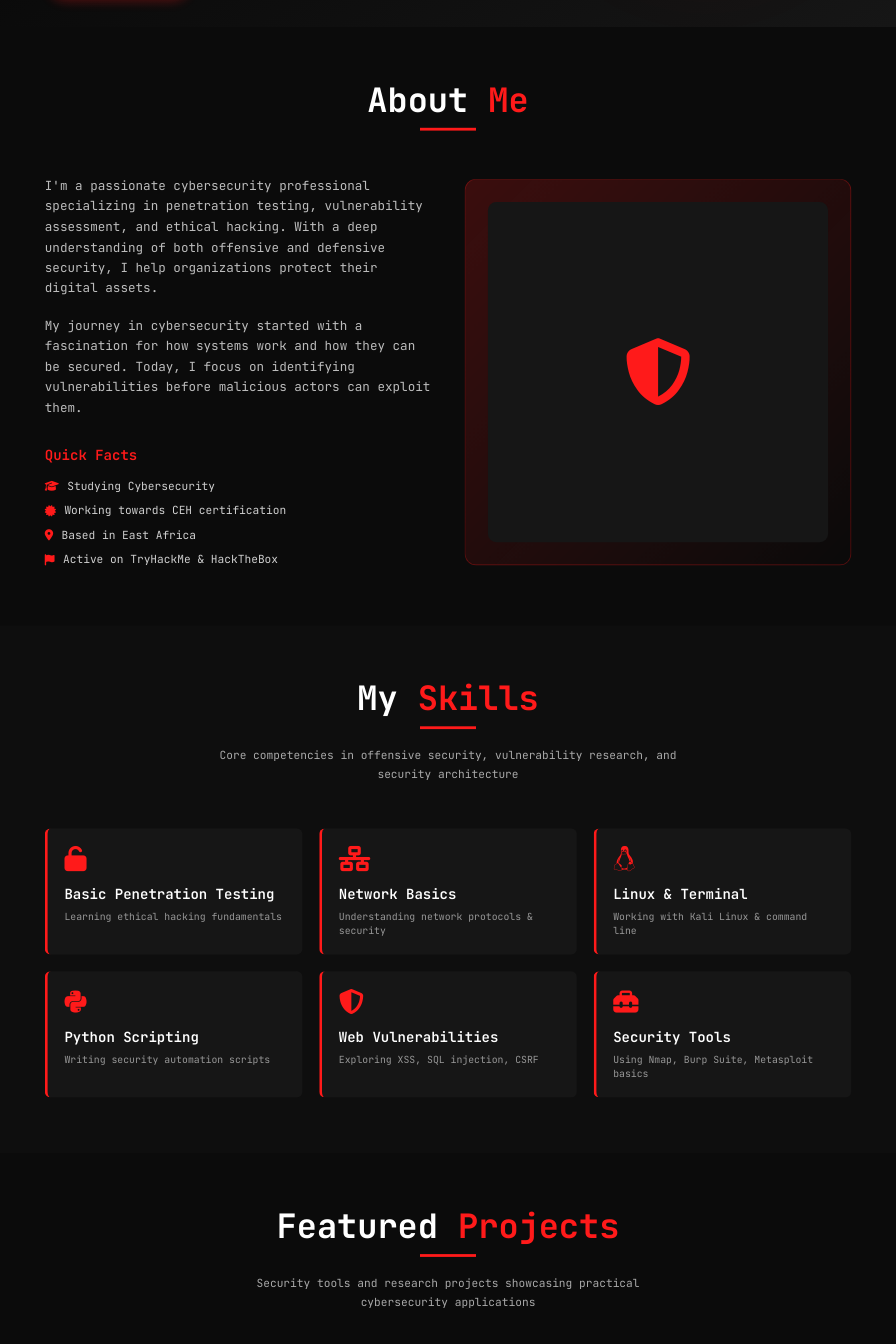
Repository: Eyub-Abdi/portfolio
Page: /
These files come from the project's save history. The page is drawn as it stood at one moment and after the next save; the edit follows.
The browser window is 1280 px wide. The pictures show the part of the page from y = 682 to 2602 px (the page is 5032 px tall before and 5021 px after), at 70% of full size.
The project was rebuilt for these pictures with package versions that can differ from the ones it lists, and the page was loaded fresh each time. Also part of the build but not shown: vite.config.ts.

Above is the page before, as saved 2025-12-02 11:43:48.

After the next save:
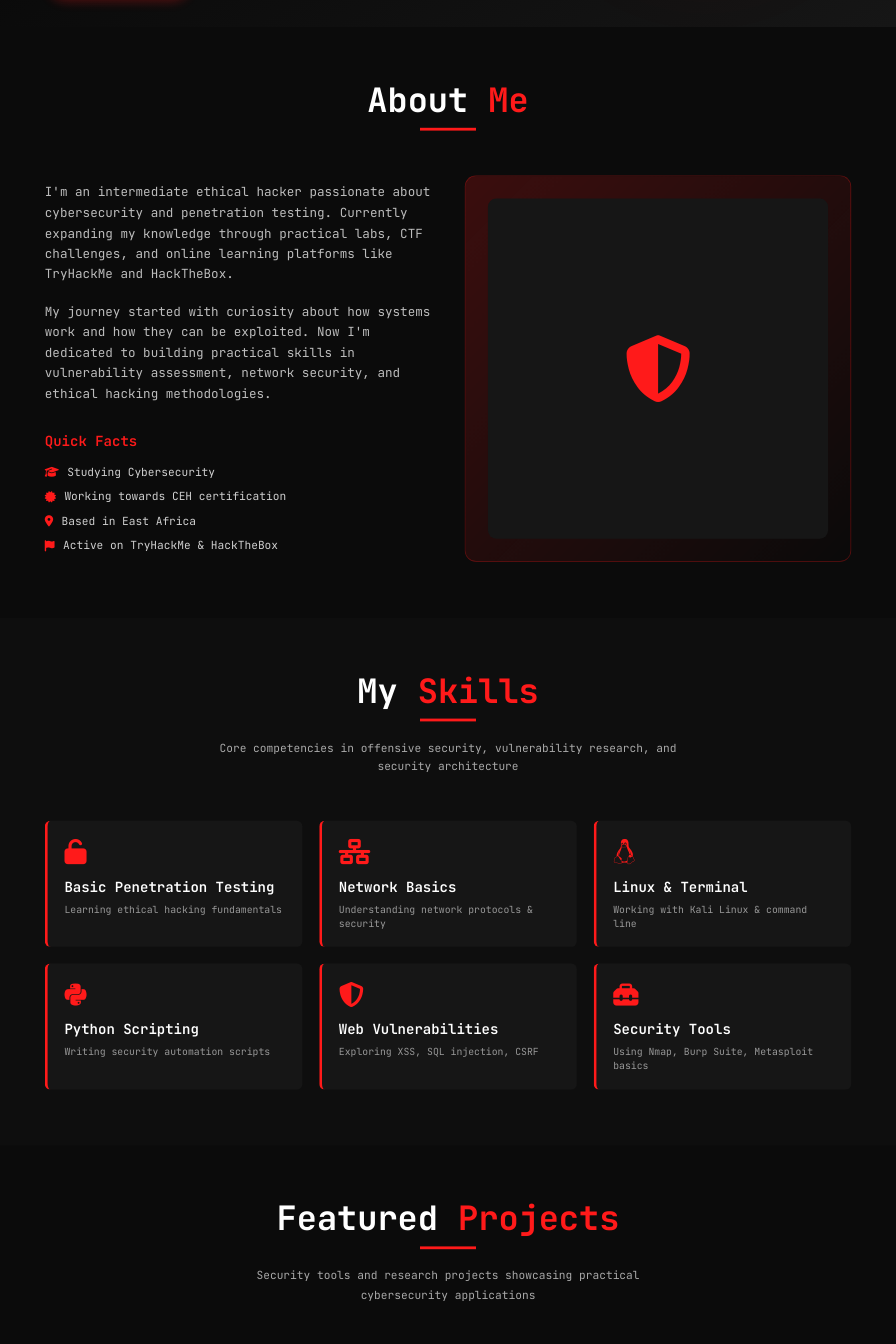
Saved 92 s later.
--- a/src/App.tsx
+++ b/src/App.tsx
@@ -232,9 +232,17 @@ function App() {
 
           <div className="grid md:grid-cols-2 gap-12 items-center">
             <div className="space-y-6">
-              <p className="text-lg text-gray-text/90 leading-relaxed">I'm a passionate cybersecurity professional specializing in penetration testing, vulnerability assessment, and ethical hacking. With a deep understanding of both offensive and defensive security, I help organizations protect their digital assets.</p>
-
-              <p className="text-lg text-gray-text/90 leading-relaxed">My journey in cybersecurity started with a fascination for how systems work and how they can be secured. Today, I focus on identifying vulnerabilities before malicious actors can exploit them.</p>
+              <p className="text-lg text-gray-text/90 leading-relaxed">
+                I'm an intermediate ethical hacker passionate about cybersecurity and penetration testing.
+                Currently expanding my knowledge through practical labs, CTF challenges, and online learning platforms
+                like TryHackMe and HackTheBox.
+              </p>
+
+              <p className="text-lg text-gray-text/90 leading-relaxed">
+                My journey started with curiosity about how systems work and how they can be exploited.
+                Now I'm dedicated to building practical skills in vulnerability assessment, network security,
+                and ethical hacking methodologies.
+              </p>
 
               <div className="pt-4">
                 <h3 className="text-xl font-semibold text-red-terminal mb-4">Quick Facts</h3>
